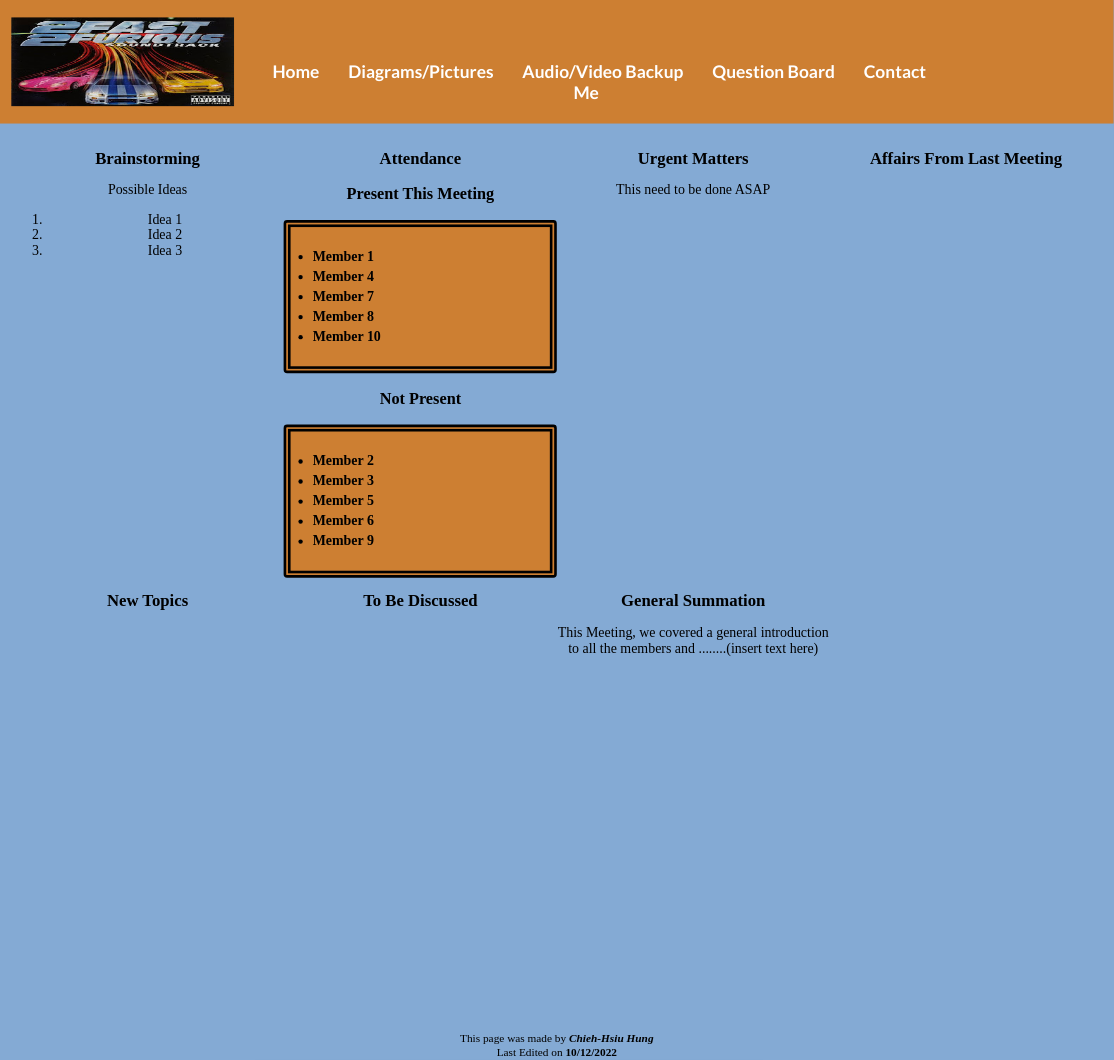
Repository: Chieh0501/fa22-cse110-lab3
Page: index.html
These files come from the project's save history. The page is drawn as it stood at one moment and after the next save; the edit follows.
The browser window is 1280 px wide. The pictures show the whole page, at 87% of full size.

Above is the page before, as saved 2022-10-12 13:34:52.

### index.html
<!DOCTYPE html>
<html lang="en">

<head>
	<meta charset="utf-8" />
	<meta name="description" content="Team 2 Meeting Notes" />
	<meta name="keywords" content="HTML, CSS, JavaScript" />
	<meta name="author" content="Chieh-Hsiu Hung" />
	<meta name="viewport" content="width=device-width, initial-scale=1.0" />
	<title>Team 2 Meeting Notes</title>
	<link href="images/favicons/favicon.ico" rel="icon" />
	<link href="styles/main.css" rel="stylesheet" />
	<!-- <script>
		window.addEventListener('load', function () {
			let time = window.performance.timing,
				complete = time.domComplete - time.domLoading;
			document.getElementById('page-load-info').innerHTML = `<strong>Page Loaded in ${parseInt(complete)}ms
			 on ${new Date().toLocaleString("en-US")}</strong>`;
		});
	</script> -->

</head>

<body>
	<header>
		<img src="images/logo.png" alt="Demo Team Logo" class="logo" id="logo">
		<nav class="navBar">
			<a href="index.html">Home</a>
			<a href="images.html">Diagrams/Pictures</a>
			<a href="multimedia.html">Audio/Video Backup</a>
			<a href="questions.html">Question Board</a>
			<a href="contacts.html">Contact Me</a>
		</nav>
	</header>

	<main id="home_main">
		<section class="title">
			<h1>Team 2 Introductory Meeting</h1>
			<h2 id="date">Date: 10/5/2022</h2>
		</section>

		<hr id="blocker" />
		<section id="attendance" class="attendance">
			<h2>Attendance</h2>
			<!-- <form>
				Add Checkbox state with JS later
				<input type="checkbox" id="member1" name="member1" value="chung">
				<label for="vehicle1"> Chieh-Hsiu Hung</label><br>
				<input type="checkbox" id="member2" name="member2" value="avalliani">
				<label for="vehicle1"> Amaar Valliani</label><br>
				<input type="checkbox" id="member3" name="member3" value="ajia">
				<label for="vehicle1"> Andrew Jia</label><br>
				<input type="checkbox" id="member4" name="member4" value="ivarela">
				<label for="vehicle1"> Issac Varela</label><br>
				<input type="checkbox" id="member5" name="member5" value="lnguyen">
				<label for="vehicle1"> Liam Nguyen</label><br>
				<input type="checkbox" id="member6" name="member6" value="nrao">
				<label for="vehicle1"> Nikhil Rao</label><br>
				<input type="checkbox" id="member7" name="member7" value="sdadhwal">
				<label for="vehicle1"> Sahil Dadhwal</label><br>
				<input type="checkbox" id="member8" name="member8" value="tkoon">
				<label for="vehicle1"> Thomas Koon</label><br>
				<input type="checkbox" id="member9" name="member9" value="ycao">
				<label for="vehicle1"> Yingqi Cao</label><br>
				<input type="checkbox" id="member10" name="member10" value="yxu">
				<label for="vehicle1"> YunXiao Xu</label><br>
				<input type="submit" value="Submit">
			  </form> -->
			  <h3>Present This Meeting</h3>
			  <ul>
				<li>Member 1</li>
				<li>Member 4</li>
				<li>Member 7</li>
				<li>Member 8</li>
				<li>Member 10</li>
			  </ul>
			  <h3>Not Present</h3>
			  <ul>
				<li>Member 2</li>
				<li>Member 3</li>
				<li>Member 5</li>
				<li>Member 6</li>
				<li>Member 9</li>
			  </ul>
		</section>
		<section class="brainstorming">
			<h2>Brainstorming</h2>
			<div>Possible Ideas</div>
			<ol>
				<li>Idea 1</li>
				<li>Idea 2</li>
				<li>Idea 3</li>
			  </ol>
		</section>
		<section class="urgent">
			<h2>Urgent Matters</h2>
			<p id="urgent"><span>This need to be done ASAP</span></p>
		</section>
		<section class="last_meeting">
			<h2>Affairs From Last Meeting</h2>
		</section>
		<section class="new_topics">
			<h2>New Topics</h2>
		</section>
		<section class="tbd">
			<h2>To Be Discussed</h2>
		</section>
		<section class="summation">
			<h2>General Summation</h2>
			<p>This Meeting, we covered a general introduction to all the members and ........(insert text here)</p>
		</section>
	</main>

	<footer>
		<hr />
		<div>This page was made by <i><b>Chieh-Hsiu Hung</b></i></div>
		<aside>Last Edited on <strong>10/12/2022</strong></aside>
	</footer>
</body>

</html>

### styles/main.css
/* main.css */

html,

:root {
  --vw-lg: 1920px;
  --vw-md: 1366px;
  --vw-sm: 600px;
  --primary-color: #84aad4;
  --secondary-color: white;
  --accent-color-1: #CD7F32;
  --accent-color-2: #969696;
  --accent-color-3: hsl(150deg 30% 60%);
}

body {
  background-color: var(--primary-color);
  display: block;
  margin: 0;
  padding: 0;
}
@font-face {
  font-family: "Lato";
  font-style: normal;
  font-weight: 400;
  src: url("../fonts/Lato/Lato-Regular.ttf") format("truetype");
}
@font-face {
  font-family: "Lato";
  font-weight: bold;
  font-weight: 400;
  src: url("../fonts/Lato/Lato-Bold.ttf") format("truetype");
}
@font-face {
  font-family: "Lato";
  font-style: italic;
  font-weight: 400;
  src: url("../fonts/Lato/Lato-Italic.ttf") format("truetype");
}
.grid main{
  display: grid;
}

/****** header ******/

header {
  display:grid;
  grid-template-columns: repeat(6, 1fr);
  gap: 1rem;
  text-align: center;
  padding: 20px 0;
  font-family: "Lato", bold;
  background: var(--accent-color-1);
}

#logo {
  margin-left: 1vw;
  float: left;
  height: 3vw;
}
/******* NavBar *******/
.navBar {
  grid-column: 2 / span 4;
  position: relative;
  overflow: hidden;
  margin-top: 50px;
}
.navBar > a{
  float: none;
  color: #ffffff;
  text-align: center;
  padding: 15px 15px;
  text-decoration: none;
  font-size: 20px;
}
.navBar a:hover{
  text-decoration: underline;
}
.navBar a:visited{
  color: #000000;
}
/****** general **********/
section h2{
  font-size: 1.5vw;
}
hr {
  display: none;
}

/****** home content ******/
#home_main {
  display:grid;
  margin: 1vw;
  grid-template-columns: repeat(4, 1fr);
  grid-template-rows: repeat(2, 1fr);
  text-align: center;
}
.title {
  display:flex;
  flex-direction: column;
  margin: 1vw;
  text-align: center;
}
.title h1{
  float:initial;
  font-size: 2vw;
}
.title h2{
  float:initial;
  font-size: 1.5vw;
}

.attendance{
  grid-row: 1;
  grid-column: 2;
}
.attendance ul{
  background-color: var(--accent-color-1);
  border: 8px double black;
  border-radius: 4px;
  margin: 0 auto;
  padding: 20px;
  text-align: left;
}

ul li {
  margin: 5px;
  font-weight: bold;
}

.contactform{
  position: relative;
  grid-row: 2 / span 6;
  background-color: var(--secondary-color);
  margin-left: 2vw;
  grid-column: 1 / span 2;
  height: auto;
}
.contactform label{
  position: relative;
  font-weight: bold;
}
.contactform input[type = text], select, textarea{
  width: 100%;
  padding: 6px;
  grid-column: 1 / span 6;
  border: 1px solid var(--accent-color-1);
  border-radius: 6px;
  resize: vertical;
}
/******* about main ******/
main#about_main{
  display:grid;
  margin-left: 1vw;
  margin-right: 1vw;
  grid-template-columns: repeat(5, 1fr);
  grid-template-rows: repeat(3, 1fr);
  text-align: center;
}
/***** Button *******/
.button{
  display: inline-block;
  width: fit-content;
  height: fit-content;
  padding: 1vw 2vw;
  text-align: center;
  text-decoration: none;
  color: var(--primary-color);
  background-color: var(--accent-color-1);
  border-radius: 8px;
  outline: none;
}
.button:hover{
  text-decoration: underline;
  color:azure;
  background-color: #969696;
}
@media screen and (max-width: 800px){
  #index_main{
    display:grid;
    margin-left: 1vw;
    margin-right: 1vw;
    grid-template-columns: repeat(6, 1fr);
    grid-template-rows: repeat(6, 1fr);
    text-align: center;
  }
  main.main2{
    display:grid;
    margin-left: 1vw;
    margin-right: 1vw;
    grid-template-columns: 1fr;
    grid-template-rows: repeat(4, 1fr);
    text-align: center;
  }
  #contact_frame{
    width: 100%;
    margin-left: 1vw;
    grid-column: 1;
    grid-row: 3;
  }
  .navBar a{
    float: none;
    display: none;
  }

  .title{
    display:none;
  }
  .short_title{
    display: block;
    grid-row: 1 / span 3;
    grid-column: 2 / span 4;
    font-size: 6vw;
  }
  img{
    width: 80vw;
  }
  #hamburger{
    display: block;
  }
  #hamburger input{
    display: block;
  }
  .contactform{
    grid-column: 1;
  }
  #notice{
    display: none;
  }
  .button{
    width: 60vw;
    height: 20vw;
  }
  #Contact_Button{
    grid-row: 3 / span 2;
    grid-column: 2 / span 6;
  }
  #download_resume{
    grid-row: 6 / span 2;
    grid-column: 2 / span 6;
  }
  img#logo {
    width: 40vw;
    height: 16vw;
  }
}
@media screen and (max-width: 1366px) {
  main{
    display:grid;
    margin-left: 1vw;
    margin-right: 1vw;
    grid-template-columns: 1fr;
    grid-template-rows: repeat(3, 1fr);
    text-align: center;
  }
  #index_main{
    display:grid;
    margin-left: 1vw;
    margin-right: 1vw;
    grid-template-columns: repeat(6, 1fr);
    grid-template-rows: repeat(6, 1fr);
    text-align: center;
  }
  .title{
    display:none;
  }
  .short_title{
    display: block;
    grid-row: 1 / span 3;
    grid-column: 2 / span 4;
    font-size: 6vw;
  }
  main.main2{
    display:grid;
    margin-left: 1vw;
    margin-right: 1vw;
    grid-template-columns: repeat(2, 1fr);
    grid-template-rows: repeat(2, 1fr);
    text-align: center;
  }
  main.about_main{
    display:grid;
    margin-left: 1vw;
    margin-right: 1vw;
    grid-template-columns: 1fr;
    grid-template-rows: repeat(4, 1fr);
    text-align: center;
  }
  section#diving{
    grid-row: 1;
    grid-column: 1;
  }
  section#sailing{
    grid-row: 2;
    grid-column: 1;
  }
  video{
    width: 80vw;
  }
  img{
    width: 80vw;
  }
  section#snowboarding{
    grid-row: 3;
    grid-column: 1;
  }
  section#songs{
    grid-row:4;
    grid-column: 1;
  }
  .contactform{
    grid-column: 1/ span 6;
  }
  #notice{
    display: none;
    font-variant:small-caps;
  }
  #contact_frame{
    margin-left: 1vw;
    grid-column: 1;
    grid-row: 3;
  }
  .title2{
    width: 30vw;
    grid-column: 2;
    grid-row: 1 / span 2;
  }
  #clock{
    grid-column: 1;
    grid-row: 1;
  }
  h1.project{
    align-self: center;
    grid-row: 1;
    grid-column: 1;
  }
  img#logo {
    width: 20vw;
    height: 8vw;
  }
}
/* a:link { color: #3366BB; }
a:visited { color: #663366 }
a:visited:hover { color: #0b0080; }
a:hover { color: gray; }
a:active { background-color: yellow; border: 4px solid red;} */


/****** footer ******/
footer {
  font-size: small;
  text-align: center;
}

After the next save:
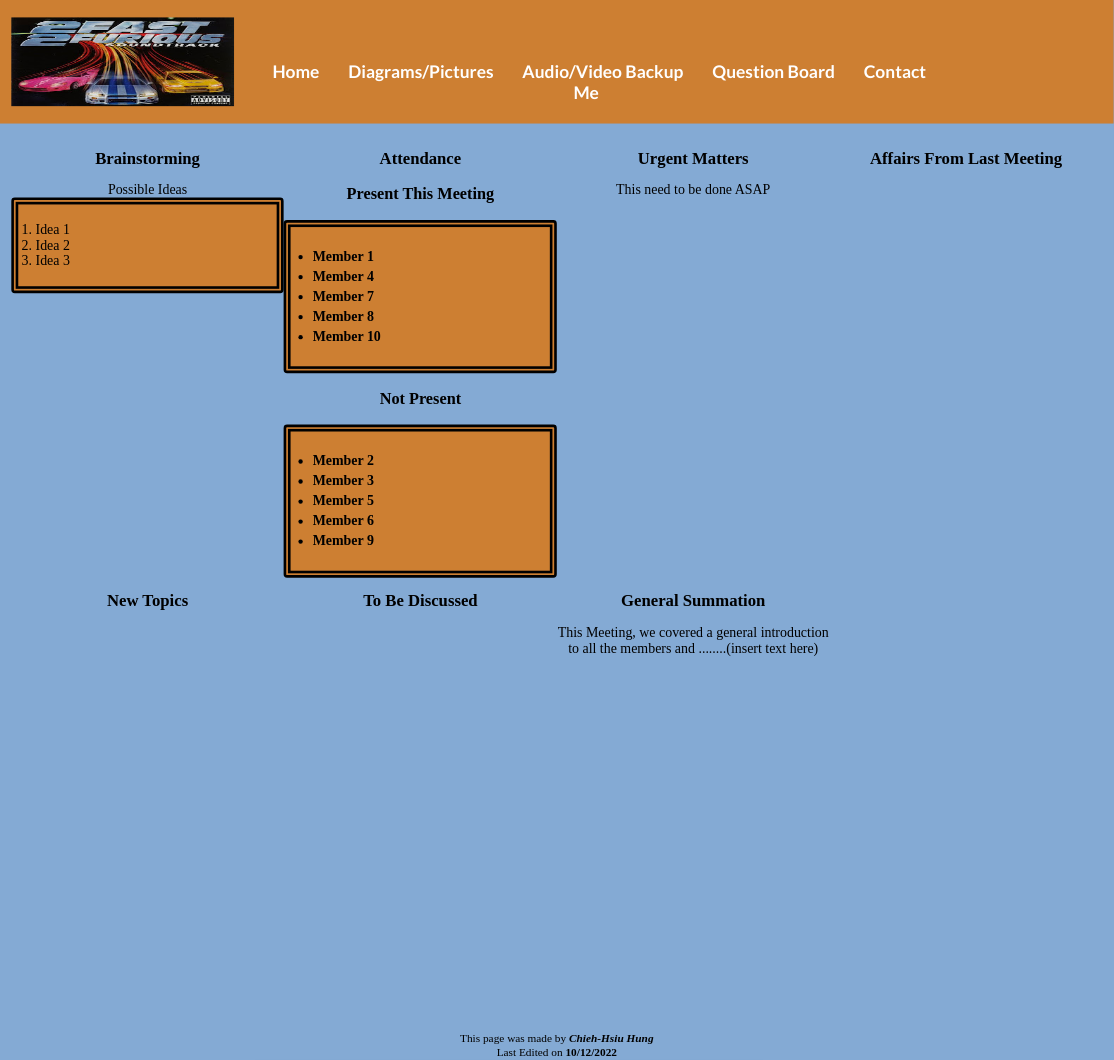
Saved 2 min 9 s later.
--- a/styles/main.css
+++ b/styles/main.css
@@ -122,6 +122,17 @@
   padding: 20px;
   text-align: left;
 }
+.brainstorming{
+
+}
+.brainstorming ol{
+  background-color: var(--accent-color-1);
+  border: 8px double black;
+  border-radius: 4px;
+  margin: 0 auto;
+  padding: 20px;
+  text-align: left;
+}
 
 ul li {
   margin: 5px;
@@ -148,15 +159,6 @@
   border-radius: 6px;
   resize: vertical;
 }
-/******* about main ******/
-main#about_main{
-  display:grid;
-  margin-left: 1vw;
-  margin-right: 1vw;
-  grid-template-columns: repeat(5, 1fr);
-  grid-template-rows: repeat(3, 1fr);
-  text-align: center;
-}
 /***** Button *******/
 .button{
   display: inline-block;
